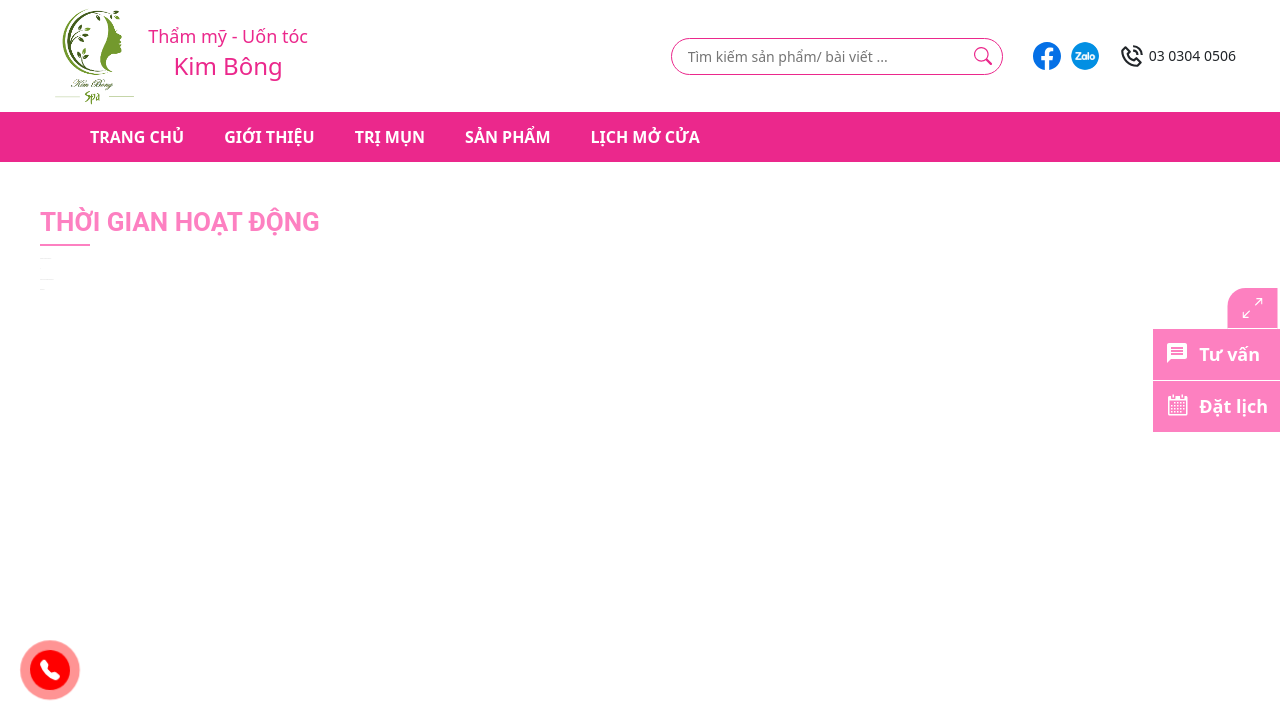
Repository: tranduykhuong/SpaKimBong
Page: /calendar
The author's editor kept a copy of each file at every save. The page is drawn from the files as they stood at one save, then again after the next save.
The browser window is 1280 px wide. The pictures show the whole page.
The project was rebuilt for these pictures with package versions that can differ from the ones it lists, and the page was loaded fresh each time. Also part of the build but not shown: src/components/Banner/banner.scss, src/components/Banner/Banner.js, src/pages/Home/home.scss, src/pages/Home/ListImage/listImage.scss, src/pages/Home/ListImage/ListImage.js, src/components/Footer/footer.scss, src/components/Footer/Footer.js, src/pages/Home/BookOnline/bookOnl.scss and 26 more.

Above is the page before, as saved 2022-06-06 23:14:04.

### src/App.js
import "./App.scss";
import Header from "./components/Header/Header";
import Home from "./pages/Home/Home";
import "bootstrap/dist/css/bootstrap.min.css";
import { Route, Routes } from "react-router-dom";
import About from "./pages/About/About";
import Products from "./pages/Product/Products";
import ProductDetail from "./pages/Product/ProductDetail/ProductDetail";
import AcneTreatment from "./pages/AcneTreatment/AcneTreatment";
import ContactToolbox from "./components/ContactToolbox/ContactToolbox";
import BackToTop from "./components/BackToTop/BackToTop";
import PhoneTool from "./components/PhoneTool/PhoneTool";
import Calendar from "./pages/Calendar/Calendar";

function App() {
  return (
    <div className="App">
      <Header />
      <ContactToolbox />
      <BackToTop />
      <PhoneTool />
      <Routes>
        <Route path="/" element={<Home />} />
        <Route path="/about" element={<About />} />
        <Route path="/products" element={<Products />} />
        <Route path="/acne" element={<AcneTreatment />} />
        <Route path="/calendar" element={<Calendar />} />

        <Route path="/products/1" element={<ProductDetail />} />
      </Routes>
    </div>
  );
}

export default App;

### src/components/Header/Header.js
import React, { useEffect, useState } from "react";
import "./header.scss";
import { BsSearch, BsFacebook } from "react-icons/bs";
import { BiPhoneCall } from "react-icons/bi";
import { Link, useLocation } from "react-router-dom";

function Header() {
  const path = useLocation().pathname;
  const [fixedNavbar, setFixedNavbar] = useState(false);

  useEffect(() => {
    const handleScroll = () => {
      if (window.scrollY < 1) {
        setFixedNavbar(true);
      }

      if (window.scrollY > 170) setFixedNavbar(true);
      else setFixedNavbar(false);
    };

    window.addEventListener("scroll", handleScroll);

    return () => {
      window.removeEventListener("scroll", handleScroll);
    };
  }, []);

  useEffect(() => {
    window.scrollTo(0, 0);
  }, [path]);

  return (
    <div className="header">
      <div className={"infor " + (fixedNavbar ? "mg-navbar" : "")}>
        <div className="logo">
          <img src="../../img/logoSpa.png" alt="" />
          <div className="nameSpa">
            <h4>Thẩm mỹ - Uốn tóc</h4>
            <h2>Kim Bông</h2>
          </div>
        </div>

        <div className="search">
          <input type="text" placeholder="Tìm kiếm sản phẩm/ bài viết ..." />
          <a className="icon">
            <BsSearch className="iconSearch" />
          </a>
        </div>

        <div className="contact">
          <a href="/" className="icon">
            <BsFacebook className="iconFacebook" />
          </a>
          <a href="/" className="icon">
            <img src="../../img/Zalo.png" alt="" className="iconZalo" />
          </a>

          <div className="phone">
            <BiPhoneCall className="iconPhone" />
            <h3>03 0304 0506</h3>
          </div>
        </div>
      </div>
      <div className={"myNavbar " + (fixedNavbar ? "fixedNavbar" : "")}>
        <div className="navbarContent">
          <ul className="navbarList">
            <li className={path === "/" ? "active" : ""}>
              <Link to="/">TRANG CHỦ</Link>
            </li>
            <li className={path === "/about" ? "active" : ""}>
              <Link to="/about">GIỚI THIỆU</Link>
            </li>
            {/* <li className={path === "/skin" ? "active" : ""}>
              <Link to="/">CHĂM SÓC DA</Link>
            </li> */}
            <li className={path === "/acne" ? "active" : ""}>
              <Link to="/acne">TRỊ MỤN</Link>
            </li>
            <li className={path === "/products" ? "active" : ""}>
              <Link to="/products">SẢN PHẨM</Link>
            </li>
            <li className={path === "/open-time" ? "active" : ""}>
              <Link to="/calendar">LỊCH MỞ CỬA</Link>
            </li>
          </ul>
        </div>
      </div>
    </div>
  );
}

export default Header;

### src/components/ContactToolbox/ContactToolbox.js
import React, { useState } from "react";
import "./contactToolbox.scss";
import { MdMessage } from "react-icons/md";
import { GoCalendar } from "react-icons/go";
import { BsArrowsAngleExpand } from "react-icons/bs";

const ContactToolbox = () => {
  const [hidden, setHidden] = useState(false);

  return (
    <div className="contactFixed">
      <div className="toolboxScroll" onClick={() => setHidden((prev) => !prev)}>
        <BsArrowsAngleExpand className="iconArrow" />
      </div>
      <div className={"toolboxList " + (hidden ? "hidden" : "open")}>
        <div className="advise toolboxItem">
          <MdMessage className="iconMessage" />
          <p>Tư vấn</p>
        </div>
        <div className="book toolboxItem">
          <GoCalendar className="iconCalendar" />
          <p>Đặt lịch</p>
        </div>
      </div>
    </div>
  );
};

export default ContactToolbox;

### src/components/BackToTop/BackToTop.js
import React, { useEffect, useState } from "react";
import "./backToTop.scss";
import { FaRegArrowAltCircleUp } from "react-icons/fa";

const BackToTop = () => {
  const [clicked, setClick] = useState(true);
  const [hiddenArrow, setHiddenArrow] = useState(true);

  useEffect(() => {
    const handleScroll = () => {
      if (window.scrollY > 550) setHiddenArrow(false);
      else setHiddenArrow(true);
    };
    window.addEventListener("scroll", handleScroll);
    return () => {
      window.removeEventListener("scroll", handleScroll);
    };
  }, []);

  useEffect(() => {
    window.scrollTo(0, 0);
  }, [clicked]);

  return (
    <div
      className={"backToTop " + (hiddenArrow ? "" : "show")}
      onClick={() => setClick((prev) => !prev)}
    >
      <FaRegArrowAltCircleUp className="icon" />
    </div>
  );
};

export default BackToTop;

### src/components/PhoneTool/PhoneTool.js
import React from "react";
import "./phoneTool.scss";
import { BsFillTelephoneFill } from "react-icons/bs";

const PhoneTool = () => {
  return (
    <div className="phoneTool">
      <div className="phone">
        <BsFillTelephoneFill className="iconPhone" />
      </div>
      <div className="circle"></div>
    </div>
  );
};

export default PhoneTool;

### src/pages/Calendar/Calendar.js
import React from "react";
import "./calendar.scss";

const Calendar = () => {
  return (
    <div>
      <div className="container-calendar">
        <div className="container-bg-calendar">
          <div className="calendar">
            <div className="calendar-content">
              <h3>THỜI GIAN HOẠT ĐỘNG</h3>
              <p>
                Hiên Vân Spa bắt đầu làm việc từ 09:00 và nhận khách đợt cuối
                lúc 19:30 mỗi ngày (Kể cả thứ 7 và Chủ Nhật).
              </p>
              <p><strong>Đặc Biệt:</strong></p>
              <p>
                Vẫn hoạt động bình thường vào giờ nghỉ trưa, khách hàng có thể
                thoải mái đặt lịch mà không ngại ảnh hưởng đến công việc, học
                tập ...
              </p>
              <p>Bạn muốn thư giãn ? Hãy đến với chúng tôi.</p>
            </div>

            <div className="calendar-boxs"></div>
          </div>
        </div>
      </div>
    </div>
  );
};

export default Calendar;

### src/components/Header/header.scss
@import '../../SCSS/base/variables.scss';
$height-navbar: 5rem;

.header {
    .mg-navbar {
        margin-bottom: $height-navbar;
    }

    .infor {
        max-width: 1200px;
        padding: .6rem 0;
        display: flex;
        justify-content: space-between;
        margin: 0 auto;

        .logo {
            display: flex;
            flex: 1;

            img {
                height: 10rem;
            }

            .nameSpa {
                color: $main-color;
                margin: auto 0;

                h4 {
                    font-size: 1.8rem;
                    font-weight: 500;
                }

                h2 {
                    font-size: 2.4rem;
                }
            }
        }


        .search {
            margin: auto 0;
            border-radius: 50px;
            border: solid .1rem $main-color;
            height: 37px;
            display: flex;

            input {
                font-size: 1.4rem;
                margin: auto 16px;
                min-width: 26rem;
                border: none;
                outline: none;
            }

            .icon {
                margin: auto 10px;
                cursor: pointer;
            }

            .iconSearch {
                width: 1.8rem;
                height: 1.8rem;
                color: $main-color;

                &:hover {
                    color: #f867b2;
                }
            }
        }

        .contact {
            display: flex;
            margin-left: 20px;

            .icon {
                margin: auto 0;
                margin-left: 10px;

            }

            .iconFacebook {
                width: 2.8rem;
                height: 2.8rem;
                color: rgba($color: #0570e6, $alpha: 1.0);
            }

            .iconZalo {
                width: 2.8rem;
                height: 2.8rem;
                border-radius: 50%;
            }

            .phone {
                margin: auto 0;
                margin-left: 20px;
                display: flex;

                .iconPhone {
                    width: 2.6rem;
                    height: 2.6rem;
                }

                h3 {
                    font-size: 1.4rem;
                    font-weight: 500;
                    margin: auto 4px;
                }
            }

        }
    }

    .fixedNavbar {
        position: fixed;
        top: 0;
        left: 0;
        z-index: 50;
        width: 100%;
        animation: fixedNavbar 1s forwards;
    }

    @keyframes fixedNavbar {
        from {
            top: -5rem;
            opacity: 0;
        }

        to {
            top: 0;
            opacity: 1;
        }
    }

    .myNavbar {
        height: $height-navbar;
        background-color: $main-color;

        .navbarContent {
            max-width: 1200px;
            margin: 0 auto;

            .navbarList {
                display: flex;
                margin: 0 1rem;
                // justify-content: space-evenly;

                li {
                    list-style: none;

                    a {
                        line-height: $height-navbar;
                        height: $height-navbar;
                        display: block;
                        color: #fff;
                        font-size: 1.6rem;
                        font-weight: 600;
                        text-decoration: none;
                        padding: 0 2rem;
                    }

                    &:hover {
                        background-color: #f844a1;
                        cursor: pointer;
                    }
                }

                .active {
                    background-color: #dd0876;
                }
            }
        }
    }
}

### src/components/ContactToolbox/contactToolbox.scss
.contactFixed {
    position: fixed;
    top: 50%;
    transform: translateY(-50%);
    right: 0;
    z-index: 100;
    cursor: pointer;

    .toolboxScroll {
        border-top-left-radius: 1.8rem;
        background-color: rgba($color: #fc2c97, $alpha: 0.6);
        width: 5rem;
        padding: 1rem;
        color: #fff;
        transform: translateX(149%);
        border-bottom: 1px solid #fff;

        .iconArrow {
            width: 2rem;
            height: 2rem;
        }
    }

    .toolboxList {
        background-color: rgba($color: #fc2c97, $alpha: 0.6);


        .toolboxItem {
            display: flex;
            padding: 1.2rem;
            color: #fff;

            p {
                font-size: 1.8rem;
                margin: 0;
                padding-left: 1rem;
                font-weight: 600;
            }
        }

        .advise {
            border-bottom: 1px solid #fff;

            .iconMessage {
                width: 2.4rem;
                height: 2.4rem;
            }
        }

        .book {

            .iconCalendar {
                width: 2.4rem;
                height: 2.4rem;
            }
        }
    }

    .hidden {
        animation: toRight 0.8s linear forwards;
    }

    .open {
        animation: toLeft 0.8s linear backwards;
    }

    @keyframes toRight {
        to {
            transform: translateX(62%);
        }
    }

    @keyframes toLeft {
        from {
            transform: translateX(62%);

        }

        to {
            transform: translateX(0);
        }
    }
}

### src/components/BackToTop/backToTop.scss
.backToTop {
    position: fixed;
    bottom: 2rem;
    right: 2rem;
    z-index: 100;
    display: none;

    .icon {
        width: 4rem;
        height: 4rem;
        color: #fa72b8;
        cursor: pointer;
    }
}

.show {
    animation: FadeIn 0.8s forwards;
    display: block;

    @keyframes FadeIn {
        from {
            bottom: 0;
        }

        to {
            bottom: 2rem;
        }
    }
}

### src/components/PhoneTool/phoneTool.scss
.phoneTool {
    position: fixed;
    width: 6rem;
    height: 6rem;
    left: 1rem;
    border-radius: 50%;
    bottom: 3rem;
    z-index: 100;
    cursor: pointer;

    .phone {
        position: absolute;
        z-index: 5;
        top: 34%;
        left: 34%;
        background-color: red;
        padding: 1rem;
        border-radius: 50%;
        animation: phoneSkin 1s infinite ease-in-out;

        .iconPhone {
            height: 2rem;
            width: 2rem;
            color: #fff;

        }

        @keyframes phoneSkin {
            0% {
                transform: rotate(0) scale(1) skew(1deg);
            }

            10% {
                transform: rotate(-25deg) scale(1) skew(1deg);
            }

            20% {
                transform: rotate(25deg) scale(1) skew(1deg);
            }

            30% {
                transform: rotate(-25deg) scale(1) skew(1deg);
            }

            40% {
                transform: rotate(25deg) scale(1) skew(1deg);
            }

            50% {
                transform: rotate(0) scale(1) skew(1deg);
            }

            100% {
                transform: rotate(0) scale(1) skew(1deg);
            }
        }
    }

    .circle {
        position: absolute;
        width: 6rem;
        height: 6rem;
        border-radius: 50%;
        top: 16%;
        left: 16%;
        background-color: rgba($color: rgb(255, 42, 42), $alpha: 0.5);
        animation: zoom 1s infinite;

        @keyframes zoom {
            0% {
                transform: scale(0.9);
            }

            70% {
                transform: scale(1);
                box-shadow: 0 0 0 15px transparent;
            }

            100% {
                transform: scale(0.9);
                box-shadow: 0 0 0 0 transparent;
            }
        }
    }
}

### src/pages/Calendar/calendar.scss
.container-calendar {
  .container-bg-calendar {
    .calendar {
      display: flex;
      width: 100%;
      text-align: left;
      padding: 4rem;
      font-family: "Roboto", sans-serif;

      .calendar-content {
        width: 30%;

        h3 {
          margin: 0 0 13px;
          color: #fd80c1;
          font-size: 26px;
          font-weight: bold;
          line-height: 1.6;
        }

        h3:after {
          content: "";
          display: block;
          width: 5rem;
          height: 0.25rem;
          background: #fd80c1;
        }
      }

      .calendar-boxs {
        width: 70%;
      }
    }
  }
}

### src/SCSS/base/variables.scss
$main-color: #eb288c;
$text-color: #444;
$title-color: #fff;

Loaded but not shown: public/index.html (common file); src/index.js (common file); src/index.css (common file); src/reportWebVitals.js (common file); src/App.scss (common file)

After the next save:
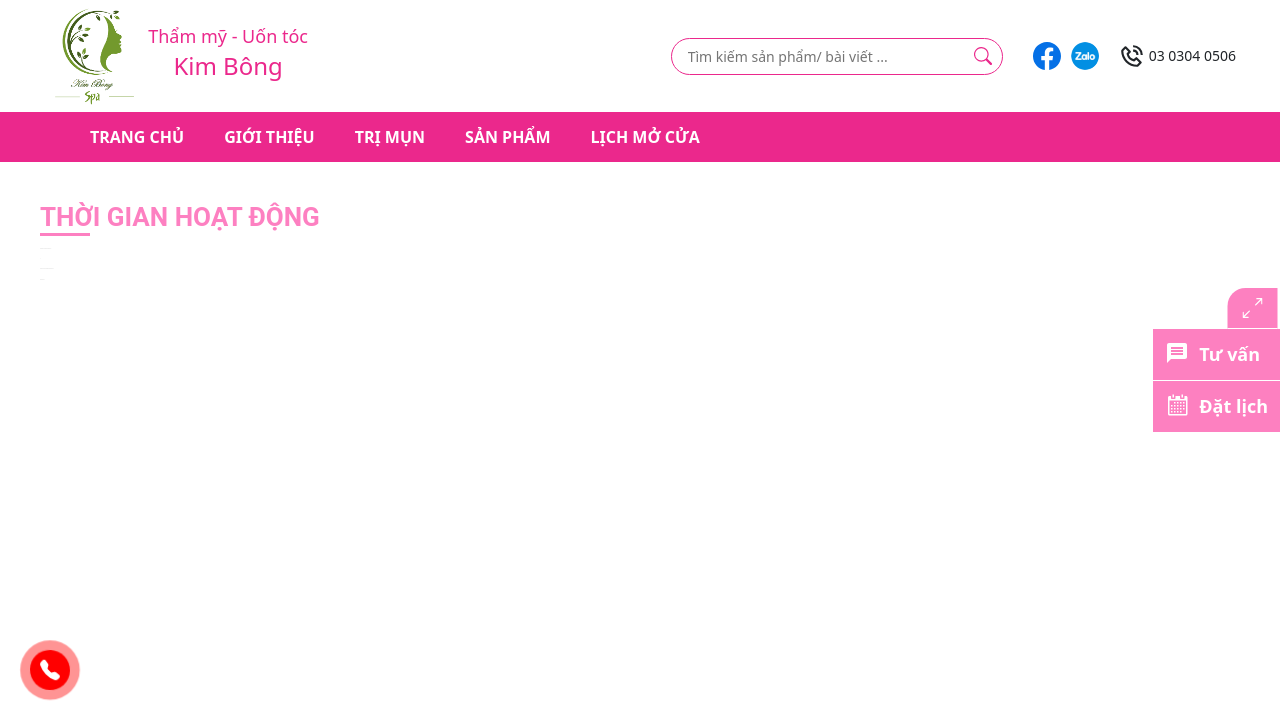
Saved 95 s later.
--- a/src/pages/Calendar/calendar.scss
+++ b/src/pages/Calendar/calendar.scss
@@ -1,5 +1,7 @@
 .container-calendar {
+
   .container-bg-calendar {
+
     .calendar {
       display: flex;
       width: 100%;
@@ -9,13 +11,13 @@
 
       .calendar-content {
         width: 30%;
+        line-height: 1.6;
 
         h3 {
           margin: 0 0 13px;
           color: #fd80c1;
           font-size: 26px;
           font-weight: bold;
-          line-height: 1.6;
         }
 
         h3:after {
@@ -25,6 +27,10 @@
           height: 0.25rem;
           background: #fd80c1;
         }
+
+        p{
+
+        }
       }
 
       .calendar-boxs {

After the save that followed:
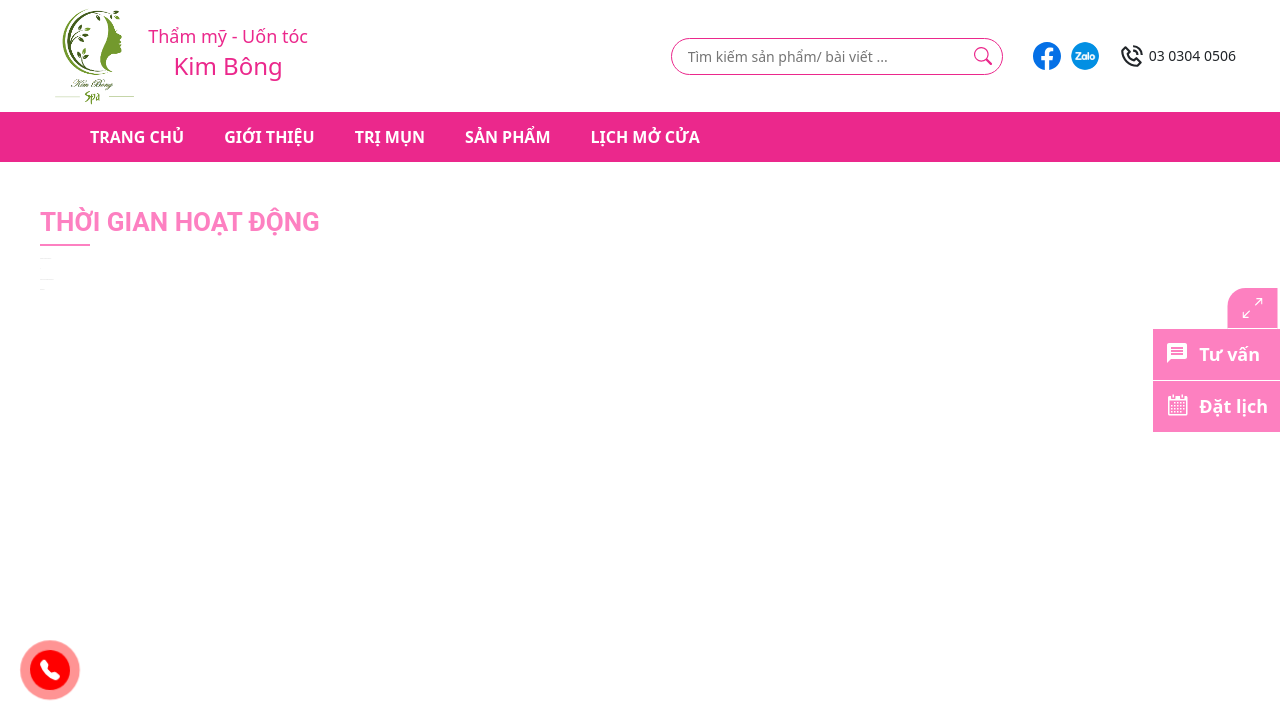
Saved 22 s later.
--- a/src/pages/Calendar/calendar.scss
+++ b/src/pages/Calendar/calendar.scss
@@ -1,7 +1,5 @@
 .container-calendar {
-
   .container-bg-calendar {
-
     .calendar {
       display: flex;
       width: 100%;
@@ -11,13 +9,13 @@
 
       .calendar-content {
         width: 30%;
-        line-height: 1.6;
 
         h3 {
           margin: 0 0 13px;
           color: #fd80c1;
           font-size: 26px;
           font-weight: bold;
+          line-height: 1.6;
         }
 
         h3:after {
